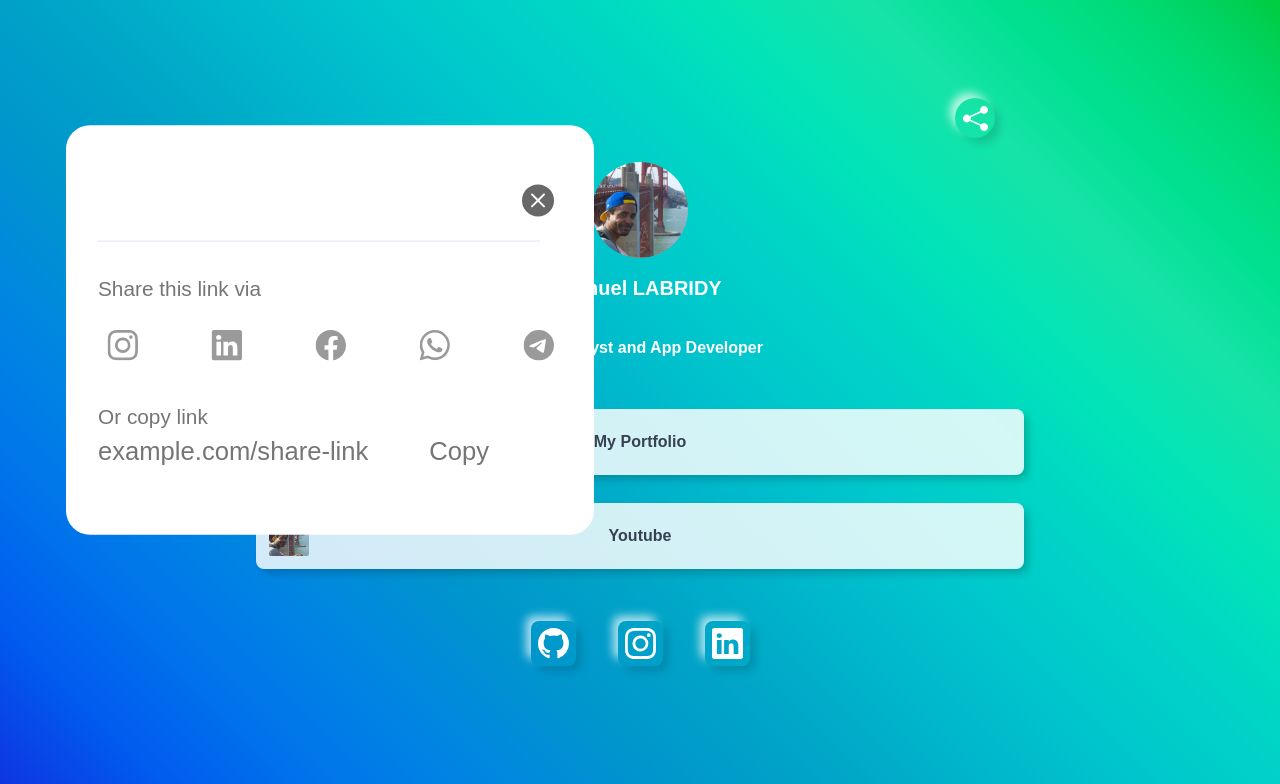
Repository: MateLaDBrouille97/linktree
Page: /
These files come from the project's save history. The page is drawn as it stood at one moment and after the next save; the edit follows.
The browser window is 1280 px wide. The pictures show the whole page.
The project was rebuilt for these pictures with package versions that can differ from the ones it lists, and the page was loaded fresh each time. The framework's server and built-in components were replaced by stand-ins that run in the browser. Also part of the build but not shown: next.config.js, styles/Home.module.css, styles/scrollup.css.

Above is the page before, as saved 2023-01-24 00:52:05.

### app/layout.tsx
"use client";

import '@/styles/globals.css'
import '../styles/Home.module.css';
import '../styles/scrollup.css';
import '../styles/home.css';
import '../styles/socials.css';
import '../styles/share.css';
import ScrollDow from '../components/ScrollDow';
import ScrollUp from '../components/scrollup/ScrollUp'

export default function RootLayout({
    children,
  }: {
    children: React.ReactNode;
  }) {
    return (
      <html lang="en">
        <body>{children}</body>
        {/* <ScrollDow/> */}
        {/* <ScrollUp/> */}
      </html>
    );
  }

### app/page.tsx
"use client";

import Image from "next/image";
import data from "data.json";
import image from "../public/ManuelTL2.jpg";
import image1 from "../public/ManuelTL2.jpg";
import { useEffect, useState } from "react";
import Socials from "../components/Socials";
import Share from "@/components/Share";

function LinkCard({
  href,
  title,
  image,
}: {
  href: string;
  title: string;
  image?: string;
}) {
  return (
    <a
      href={href}
      className="flex items-center p-3 w-full rounded-lg hover:scale-105 transition-all bg-gray-100 mb-3 -mt-2 max-w-3xl home__linkcard-box"
    >
      <div className="flex text-center w-full home__linkcard-card">
        <div className="w-10 h-10 home__linkcard-img">
          {image1 && (
            <Image
              className="rounded-sm"
              alt={data.name}
              src={image1}
              width={40}
              height={40}
            />
          )}
        </div>
        <h2 className="flex justify-center items-center font-semibold w-full text-gray-700 -ml-10 home__linkcard-title">
          {title}
        </h2>
      </div>
    </a>
  );
}

export default function Home() {
  /*==================== Toggle Menu ====================== */
  const [toggle, showMenu] = useState(false);
  const [activeNav, setActiveNav] = useState("#home");

  /* +++++++++++++++++++++++++++++++++++++++++++++++++ */
  // const { dbUser, image } = useUserContext();

  // const breakpoints = (width) => {
  //   if (width < 640) {
  //     return "xs";
  //   } else if (width >= 640 && width < 768) {
  //     return "sm";
  //   } else if (width >= 768 && width < 1024) {
  //     return "md";
  //   } else if (width >= 1024) {
  //     return "lg";
  //   }
  // };

  // const [breakpoint, setBreakpoint] = useState(() =>
  //   breakpoints(typeof window !== "undefined" && window.innerWidth)
  // );

  useEffect(() => {
    if (toggle) {
      // const calcInnerWidth = function () {
      //   setBreakpoint(breakpoints(window.innerWidth));
      // };
      // window.addEventListener("resize", calcInnerWidth);
      window.addEventListener("scroll", function () {
        const header = this.document.querySelector(".header");
        //scroll higher than 200 viewport height
        //add scroll header class to a tag with the scroll-top
        if (this.scrollY >= 80) header?.classList.add("scroll-header");
        else header?.classList.remove("scroll-header");
      });
    }
  }, []);

  useEffect(() => {
    showMenu(true);
  }, []);

  return (
    <div className="flex items-center flex-col mx-auto w-full justify-center mt-16 px-8 ">
      <Share/>
      <a
        href="#home"
        onClick={() => setActiveNav("#home")}
        // className={
        //   activeNav === "#home" ? "nav__logo active-link" : "nav__logo"
        // }
      >
        <Image
          className="rounded-full"
          alt={data.name}
          src={image}
          width={96}
          height={96}
        />
      </a>

      <h1 className="font-semibold mt-4 mb-8 text-xl" style={{color:"white"}}>{data.name}</h1>
      <h3 className="home__description" style={{color:"white"}}>{data.small_description}</h3>

      <div className="grid place-items-center w-full mt-2">
        {data.links.map((link) => (
          <LinkCard key={link.href} {...link} />
        ))}
      </div>

      <div className="gap-3 items-center flex mt-10">
        {data?.socials?.map((social) => {
         return(

          <Socials title={social?.title} key={social?.href} />
          )
        })}
      </div>
    </div>
  );
}

### styles/globals.css
@tailwind base;
@tailwind components;
@tailwind utilities;

body{
  height:100vh;
  background-image: linear-gradient(
  45deg,
  hsl(229deg 88% 47%) 0%,
  hsl(217deg 100% 47%) 8%,
  hsl(210deg 100% 46%) 16%,
  hsl(204deg 100% 44%) 24%,
  hsl(196deg 100% 40%) 32%,
  hsl(190deg 100% 39%) 41%,
  hsl(186deg 100% 40%) 49%,
  hsl(181deg 100% 40%) 57%,
  hsl(175deg 100% 42%) 65%,
  hsl(168deg 99% 45%) 72%,
  hsl(162deg 82% 49%) 80%,
  hsl(159deg 100% 44%) 86%,
  hsl(153deg 100% 43%) 92%,
  hsl(146deg 100% 41%) 97%,
  hsl(138deg 100% 40%) 100%
);
}

@import  url('https://api.iconify.design/material-symbols/arrow-upward.svg');

/*=============== GOOGLE FONTS ===============*/
@import url("https://fonts.googleapis.com/css2?family=Poppins:wght@400;500;600&display=swap");

/*=================== NEXT.JS ================*/

html,
body {
  padding: 0;
  margin: 0;
  font-family: -apple-system, BlinkMacSystemFont, Segoe UI, Roboto, Oxygen,
    Ubuntu, Cantarell, Fira Sans, Droid Sans, Helvetica Neue, sans-serif;
}

h1 {
  font-size: 1.75rem;
}




/*=============== VARIABLES CSS ===============*/
:root {
  --header-height: 3rem;

  /*========== Colors ==========*/
  /*Color mode HSL(hue, saturation, lightness)*/
  --hue: 0;
  --sat: 0%;
  --title-color: hsl(var(--hue), var(--sat), 20%);
  --title-color-dark: hsl(var(--hue), var(--sat), 0%);
  --text-color: hsl(var(--hue), var(--sat), 46%);
  --body-color: hsl(var(--hue), var(--sat), 98%);
  --container-color: #fff;

  /*========== Font and typography ==========*/
  --body-font: "Poppins", sans-serif;

  /*.5rem = 8px | 1rem = 16px ...*/
  --big-font-size: 3.5rem;
  --h1-font-size: 2.75rem;
  --h2-font-size: 1.5rem;
  --h3-font-size: 1.25rem;
  --normal-font-size: 1rem;
  --small-font-size: 0.875rem;
  --smaller-font-size: 0.813rem;
  --tiny-font-size: 0.625rem;

  /*========== Font weight ==========*/
  --font-normal: 400;
  --font-medium: 500;
  --font-semi-bold: 600;

  /*========== Margenes Bottom ==========*/
  /*.5rem = 8px | 1rem = 16px ...*/
  --mb-0-25: 0.25rem;
  --mb-0-5: 0.5rem;
  --mb-0-75: 0.75rem;
  --mb-1: 1rem;
  --mb-1-5: 1.5rem;
  --mb-2: 2rem;
  --mb-2-5: 2.5rem;
  --mb-3: 3rem;

  /*========== z index ==========*/
  --z-tooltip: 10;
  --z-fixed: 100;
  --z-modal: 1000;
}

/* Responsive typography */
@media screen and (max-width: 992px) {
  :root {
    --big-font-size: 2.75rem;
    --h1-font-size: 1.5rem;
    --h2-font-size: 1.25rem;
    --h3-font-size: 1rem;
    --normal-font-size: 0.938rem;
    --small-font-size: 0.813rem;
    --smaller-font-size: 0.75rem;
  }
}

/*=============== BASE ===============*/
* {
  margin: 0;
  padding: 0;
  box-sizing: border-box;
}

html {
  scroll-behavior: smooth;
}

body,
button,
input,
textarea {
  font-family: var(--body-font);
  font-size: var(--normal-font-size);
}

body {
  background-color: var(--body-color);
  color: var(--text-color);
}

h1,
h2,
h3 {
  color: var(--title-color);
  font-weight: var(--font-semi-bold);
}

ul {
  list-style: none;
}

a {
  text-decoration: none;
}

button {
  cursor: pointer;
  border: none;
  outline: none;
}

img {
  max-width: 100%;
  height: auto;
}

/*=============== REUSABLE CSS CLASSES ===============*/
.section {
  padding: 6rem 0 2rem;
}

.section__title {
  font-size: var(--h1-font-size);
  color: var(--title-color);
}

.section__subtitle {
  display: block;
  font-size: var(--normal-font-size);
  margin-bottom: 4rem;
}

.section__title,
.section__subtitle {
  text-align: center;
}

/*=============== LAYOUT ===============*/
.container {
  max-width: 968px;
  margin-left: auto;
  margin-right: auto;
}

.grid {
  display: grid;
  gap: 1.5rem;
}

/*=============== BUTTONS ===============*/
.button {
  display: inline-block;
  background-color:rgb(100, 189, 140);
  color: var(--container-color);
  padding: 1.25rem 2rem;
  border-radius: 1rem;
  font-weight: var(--font-medium);
}

.button:hover {
  background-color: rgb(81, 209, 138);
  color: var(--container-color);
}

.button__icon {
  margin-left: var(--mb-0-5);
}

.button--flex {
  display: inline-flex;
  align-items: center;

}




/*=============== BREAKPOINTS ===============*/
/* For large devices */
@media screen and (max-width: 992px) {
  .container {
    margin-left: var(--mb-1-5);
    margin-right: var(--mb-1-5);
  }

  .button {
    padding: 1rem 1.75rem;
  }

  .button__icon {
    width: 22px;
    height: 22px;
  }
}

/* For medium devices */
@media screen and (max-width: 768px) {
  body {
    margin: 0 0 var(--header-height) 0;
  }

  .section {
    padding: 2rem 0 4rem;
  }

  .section__subtitle {
    margin-bottom: var(--mb-3);
  }
}

@media screen and (max-width: 576px) {

}

/* For small devices */
@media screen and (max-width: 350px) {
  :root {
    --big-font-size: 2.25rem;
  }

  .container {
    margin-left: var(--mb-1);
    margin-right: var(--mb-1);
  }
}

### styles/home.css
.home__container{
    row-gap: 7rem;
}

.home__content{
    grid-template-columns: 116px repeat(2, 1fr);
    padding-top: 5.5rem;
    column-gap: 2rem;
    align-items: center;
}

.home__social{
    display:grid;
    grid-template-columns: max-content;
    row-gap: 1rem;
}

.home__social-icon{
    font-size:1.25rem;
    color: var(--title-color);
}

.home__social-icon:hover{
    color:rgb(165, 30, 75);
}



.home__social-icon:hover{
    color: var(--title-color-dark);
}

.home__title{
    font-size:var(--h1-font-size);
    margin-bottom:var(--mb-0-25);
}

.home__hand{
    width: 38px;
    height: 38px;
    margin-left: 0.4rem;
}

.home__subtitle{
    position: relative;
    font-size:var(--h3-font-size);
    padding-left: 5.4rem;
    font-weight: var(--font-normal);
    margin-bottom: var(--mb-1);
}

.home__subtitle::before{
    content:'';
    position:absolute;
    width: 70px;
    height:1px;
    background-color:var(--text-color);
    left:0;
    top:1rem;
}

.home__description{
    max-width:400px;
    margin-bottom: var(--mb-3);
    line-height: 1.7;
}

.home__linkcard-box{
    background-color: rgba(255, 255, 255, 0.829);
    border-color: whitesmoke;
    border-width: 3px;
    transition: transform 0.5s;
    box-shadow: 5px 5px 9px -1px rgba(0,0,0,0.2);

    border: 1px solid rgba(0,0,0,0);
    transition: transform 0.5s;
}

.home__linkcard-box:hover{
    box-shadow: 10px 10px 0px -1px rgba(0,0,0,0.15),
                1px 1px 0.5px  rgba(0,0,0,0.15),
                0px -12px 10px -10px  rgba(0,0,0,0.05);
     border: 1px solid   rgba(0,0,0,0.1);
    /* transform:translateY(-2px)  ;    */
}

.home__linkcard-box::after{
    transition: transform 0.5s;
}

.home__linkcard-box:hover::after .home__linkcard-title {
    transition: transform 0.7s;
}

.home__linkcard-box:hover::after .home__linkcard-img {
    transition: transform 0.7s;
}

.home__linkcard-box:hover .home__linkcard-title{
    transform:scale(1.05);
    transition: transform 0.5s;
}

.home__linkcard-box:hover .home__linkcard-img{
    transform:scale(1.15);
    transition: transform 0.5s;
}




.home__img{
/* background: url(../../assets/Mur.jpg); */
background-repeat: no-repeat;
background-position: center;
background-size: cover;
box-shadow: inset 0 0 0 9px rgb(255 255 255/30%);
order: 1;
justify-self: center;
width:375px ;
height: 350px;
animation: profile__animate 8s ease-in-out infinite 1s;
}

@keyframes profile__animate {
    0%{
        border-radius: 60% 40% 30% 70%/60% 30% 70% 40%;
    }

    50%{
        border-radius: 30% 60% 70% 40%/50% 60% 30% 60%;
    }

    100%{
        border-radius: 60% 40% 30% 70%/60% 30% 70% 40%;
    }
}

.home__scroll{
    position:fixed;
    left: 2.5rem;
    bottom: 3rem;
    /* opacity:0.8; */
    padding:0.3rem 0.5rem;
    border-radius:0.4rem;
    z-index: var(--z-tooltip);
    transition: .4s;
}


.wheel {
    animation: scroll 2s ease infinite;
}

@keyframes scroll{
    0% {
        transform: translateY(0);
    }
    30% {
        transform: translateY(3.7rem);
    }

}


.home__scroll-name{
    color: rgba(255, 255, 255, 0.829);
    font-weight: var(--font-medium);
    margin-right: var(--mb-0-25);
    margin-left: 2px;
}

.home__scroll-arrow{
    font-size: 1.25rem;
    color: rgba(255, 255, 255, 0.829);
}


/*=============== BREAKPOINTS ===============*/
/* For large devices */
@media screen and (max-width: 992px) {
    .home__content{
        grid-template-columns: 100px repeat(2, 1fr);
        column-gap: 1.25rem;

    }

    .home__hand{
        width:26px;
        height:26px;
    }

    .home__subtitle{
        padding-left: 3.75rem;
        margin-bottom: var(--mb-1);

    }

    .home__subtitle::before {
        width:42px;
        top:0.8rem;
    }

    .home__description{
        max-width: initial;
        margin-bottom: var(--mb-2-5);
    }

    .home__img{
        width:250px;
        height:250px;
        box-shadow:inset 0 0 0 8px rgb(255 255 255/30%)
    }

    .home__scroll{
        margin-left: 7.5rem;
    }



  }

  /* For medium devices */
  @media screen and (max-width: 768px) {
    .home__content{
        grid-template-columns: 0.5fr 3fr;
        padding-top: 3.5rem;
    }

    .home__img{
        order:initial;/* ordre d'apparition de l'element*/
        justify-self: initial;
        box-shadow: inset 0 0 0 9px rgb(255 255 255/30%);
        width:200px;
        height: 200px;
    }

    .home__data{
        grid-column:1/3;
    }

    .home__scroll{
        display:none;
    }


  }



  /* For small devices */
  @media screen and (max-width: 350px) {


    .home__img{

        width:180px ;
        height: 180px;
    }

    .home__hand{
        width:22px;
        height:22px;
    }


  }

### styles/socials.css
/* .social__link{
    color: var(--container-color);
    font-size: 1.125rem;
    padding: 0.4rem;
    border-radius:1.5rem;
    display: inline-flex;
} */
/*
.social__link:hover{
    background-color:rgba(44, 203, 224, 0.986);
} */

.social__link{
    display:flex;
    /* background-color: var(--container-color); */
    color: var(--container-color);
    height: 45px;
    width: 45px;
    margin: 0 15px;
    border-radius: 8px;
    align-items: center;
    justify-content:center;
    text-decoration: none;
    box-shadow: 6px 6px 10px -1px rgba(0,0,0,0.15),
                -6px -6px 10px -1px rgba(255,255,255,0.7);
    border: 1px solid   rgba(0,0,0,0);
    transition: transform 0.5s;
}

a svg {
    font-size: 38px;
    color: white;
    transition: transform 0.5s;
}


.social__link:hover{
    background-color: rgba(255, 255, 255, 0.829);
    box-shadow: inset 4px 4px 6px -1px rgba(0,0,0,0.2),
                inset -4px -4px 6px -1px rgba(255,255,255,0.7),
                -0.5px -0.5px 0px  rgba(255,255,255,1),
                0.5px 0.5px 0px  rgba(0,0,0,0.15),
                0px -12px 10px -10px  rgba(0,0,0,0.05);
    border: 1px solid   rgba(0,0,0,0.1);
    transform:translateY(2px)  ;
}


a:hover svg{
    transform: scale(1.10);
    fill: black;
    transition: transform 0.5s;
}

a:hover .bi-linkedin{
    fill:rgb(18, 83, 203) ;
    transform:scale(1.10);
    transition: transform 0.5s;
}

a:hover .bi-instagram{
    fill:#e64771;
    transform:scale(1.10);
    transition: transform 0.5s;
}


/*=============== BREAKPOINTS ===============*/
/* For large devices */
@media screen and (max-width: 992px) {


    .social__link:hover{

        box-shadow: inset 4px 4px 6px -1px rgba(0,0,0,0.2),
                    inset -4px -4px 6px -1px rgba(255,255,255,0.7),
                    -0.5px -0.5px 0px  rgba(255,255,255,1),
                    0.5px 0.5px 0px  rgba(0,0,0,0.15),
                    0px -12px 10px -10px  rgba(0,0,0,0.05);
        border: 1px solid   rgba(0,0,0,0.1);
        transform:translateY(2px)  ;
    }




  }

  /* For medium devices */
  @media screen and (max-width: 768px) {




  }



  /* For small devices */
  @media screen and (max-width: 350px) {





  }

### styles/share.css
/*          Share   Items  */

.share-link {
  display: flex;
  color: var(--container-color);
  height: 45px;
  width: 45px;
  margin: 0 15px;
  border-radius: 22px;
  align-items: center;
  justify-content: center;
  text-decoration: none;
  box-shadow: 6px 6px 10px -1px rgba(0, 0, 0, 0.15),
    -6px -6px 10px -1px rgba(255, 255, 255, 0.7);
  border: 1px solid rgba(0, 0, 0, 0);
  transition: transform 0.5s;
}

.share-link:hover {
  background-color: rgba(255, 255, 255, 0.829);
  box-shadow: inset 4px 4px 6px -1px rgba(0, 0, 0, 0.2),
    inset -4px -4px 6px -1px rgba(255, 255, 255, 0.7),
    -0.5px -0.5px 0px rgba(255, 255, 255, 1),
    0.5px 0.5px 0px rgba(0, 0, 0, 0.15),
    0px -12px 10px -10px rgba(0, 0, 0, 0.05);
  border: 1px solid rgba(0, 0, 0, 0.1);
  transform: translateY(2px);
}

/* .share-link .bi-share-fill{
    fill: white;
} */

.share-link:hover .bi-share-fill {
  fill: black;
  transform: scale(1.1);
  transition: transform 0.5s;
}

header {
  width: 95%;
  max-width: 788px;
  display: flex;
  justify-content: flex-end;
  padding: 12px;
  margin-top: 5px;
}

.share-button {
  width: 40px;
  height: 40px;
  border-radius: 20px;
  color: var(--container-color);
}

.share {
  width: 95%;
  max-width: 788px;
  display: flex;
  justify-content: flex-end;
  padding: 12px;
  margin-top: 5px;
  z-index: 10;
}

.modal-share {
  position: absolute;
  top: 330px;
  left: 330px;
  transform: translate(-50%, -50%) scale(1.6);
  background: var(--container-color);
  padding: 20px;
  border-radius: 15px;
  max-width: 330px;
  width: 60%;
}

.modal-share :is(header) {
  display: flex;
  align-items: center;

}

.modal-share :is( .icons) {
    display: flex;
    align-items: center;
    justify-content: space-between;
  }


.modal-share header {
  padding-bottom: 15px;
  border-bottom: 1px solid #ebedf9;
}

header .close .icons a {
  display: flex;
  align-items: center;
  justify-content: center;
  border-radius: 50%;
}

header .close {
  height: 33px;
  width: 33px;
  background: var(--container-color);
  cursor: pointer;
}

/* .modal-title {
  font-size: 19px;
  font-weight: 500;
} */

.modal-share .content {
  margin: 20px 0;
}

.content p {
  font-size: 13px;
}

.content .icons {
  margin: 10px 0 20px 0;
}

.close{
    display: flex;
    justify-content: flex-end;
}

.close .bi-x{
  border-radius: 15px;
  background-color:#696868;
  margin-right: -21px;

}

.icons a {
  height: 30px;
  width: 30px;
  border: 0.5px solid transparent;
  text-decoration: none;
  display: flex;
  justify-content: center;
  align-items: center;
}

.icons svg {
    fill: #40404086
}

### components/Socials.tsx
function GitHubIcon() {
  return (
    <a href="https://github.com/LuckyMate97" className="social__link">
      <svg xmlns="http://www.w3.org/2000/svg" width="31" height="31" fill="white" className="bi bi-github" viewBox="0 0 16 16"> <path d="M8 0C3.58 0 0 3.58 0 8c0 3.54 2.29 6.53 5.47 7.59.4.07.55-.17.55-.38 0-.19-.01-.82-.01-1.49-2.01.37-2.53-.49-2.69-.94-.09-.23-.48-.94-.82-1.13-.28-.15-.68-.52-.01-.53.63-.01 1.08.58 1.23.82.72 1.21 1.87.87 2.33.66.07-.52.28-.87.51-1.07-1.78-.2-3.64-.89-3.64-3.95 0-.87.31-1.59.82-2.15-.08-.2-.36-1.02.08-2.12 0 0 .67-.21 2.2.82.64-.18 1.32-.27 2-.27.68 0 1.36.09 2 .27 1.53-1.04 2.2-.82 2.2-.82.44 1.1.16 1.92.08 2.12.51.56.82 1.27.82 2.15 0 3.07-1.87 3.75-3.65 3.95.29.25.54.73.54 1.48 0 1.07-.01 1.93-.01 2.2 0 .21.15.46.55.38A8.012 8.012 0 0 0 16 8c0-4.42-3.58-8-8-8z"/> </svg>
    </a>
  );
}

function InstagramIcon() {
  return (
    <a href="https://www.instagram.com/oto.mata33/" className="social__link">
      <svg xmlns="http://www.w3.org/2000/svg" width="31" height="31" fill="white" className="bi bi-instagram" viewBox="0 0 16 16"> <path d="M8 0C5.829 0 5.556.01 4.703.048 3.85.088 3.269.222 2.76.42a3.917 3.917 0 0 0-1.417.923A3.927 3.927 0 0 0 .42 2.76C.222 3.268.087 3.85.048 4.7.01 5.555 0 5.827 0 8.001c0 2.172.01 2.444.048 3.297.04.852.174 1.433.372 1.942.205.526.478.972.923 1.417.444.445.89.719 1.416.923.51.198 1.09.333 1.942.372C5.555 15.99 5.827 16 8 16s2.444-.01 3.298-.048c.851-.04 1.434-.174 1.943-.372a3.916 3.916 0 0 0 1.416-.923c.445-.445.718-.891.923-1.417.197-.509.332-1.09.372-1.942C15.99 10.445 16 10.173 16 8s-.01-2.445-.048-3.299c-.04-.851-.175-1.433-.372-1.941a3.926 3.926 0 0 0-.923-1.417A3.911 3.911 0 0 0 13.24.42c-.51-.198-1.092-.333-1.943-.372C10.443.01 10.172 0 7.998 0h.003zm-.717 1.442h.718c2.136 0 2.389.007 3.232.046.78.035 1.204.166 1.486.275.373.145.64.319.92.599.28.28.453.546.598.92.11.281.24.705.275 1.485.039.843.047 1.096.047 3.231s-.008 2.389-.047 3.232c-.035.78-.166 1.203-.275 1.485a2.47 2.47 0 0 1-.599.919c-.28.28-.546.453-.92.598-.28.11-.704.24-1.485.276-.843.038-1.096.047-3.232.047s-2.39-.009-3.233-.047c-.78-.036-1.203-.166-1.485-.276a2.478 2.478 0 0 1-.92-.598 2.48 2.48 0 0 1-.6-.92c-.109-.281-.24-.705-.275-1.485-.038-.843-.046-1.096-.046-3.233 0-2.136.008-2.388.046-3.231.036-.78.166-1.204.276-1.486.145-.373.319-.64.599-.92.28-.28.546-.453.92-.598.282-.11.705-.24 1.485-.276.738-.034 1.024-.044 2.515-.045v.002zm4.988 1.328a.96.96 0 1 0 0 1.92.96.96 0 0 0 0-1.92zm-4.27 1.122a4.109 4.109 0 1 0 0 8.217 4.109 4.109 0 0 0 0-8.217zm0 1.441a2.667 2.667 0 1 1 0 5.334 2.667 2.667 0 0 1 0-5.334z"/> </svg>
    </a>
  );
}

function LinkedInIcon() {
  return (
    <a href="https://ca.linkedin.com/" className="social__link">
      <svg xmlns="http://www.w3.org/2000/svg" width="31" height="31" fill="white" className="bi bi-linkedin" viewBox="0 0 16 16"> <path d="M0 1.146C0 .513.526 0 1.175 0h13.65C15.474 0 16 .513 16 1.146v13.708c0 .633-.526 1.146-1.175 1.146H1.175C.526 16 0 15.487 0 14.854V1.146zm4.943 12.248V6.169H2.542v7.225h2.401zm-1.2-8.212c.837 0 1.358-.554 1.358-1.248-.015-.709-.52-1.248-1.342-1.248-.822 0-1.359.54-1.359 1.248 0 .694.521 1.248 1.327 1.248h.016zm4.908 8.212V9.359c0-.216.016-.432.08-.586.173-.431.568-.878 1.232-.878.869 0 1.216.662 1.216 1.634v3.865h2.401V9.25c0-2.22-1.184-3.252-2.764-3.252-1.274 0-1.845.7-2.165 1.193v.025h-.016a5.54 5.54 0 0 1 .016-.025V6.169h-2.4c.03.678 0 7.225 0 7.225h2.4z"/> </svg>
    </a>
  );
}

function Socials({ title }:{title?:string;}) {
  if (title == "Instagram") {
    return <InstagramIcon  />;
  }
  if (title == "Github") {
    return <GitHubIcon  />;
  }
  if (title == "LinkedIn") {
    return <LinkedInIcon  />;
  }
}

export default Socials;

Loaded but not shown: data.json (35 lines, source omitted); tailwind.config.js (13 lines, source omitted); components/Share.tsx (115 lines, source omitted)

After the next save:
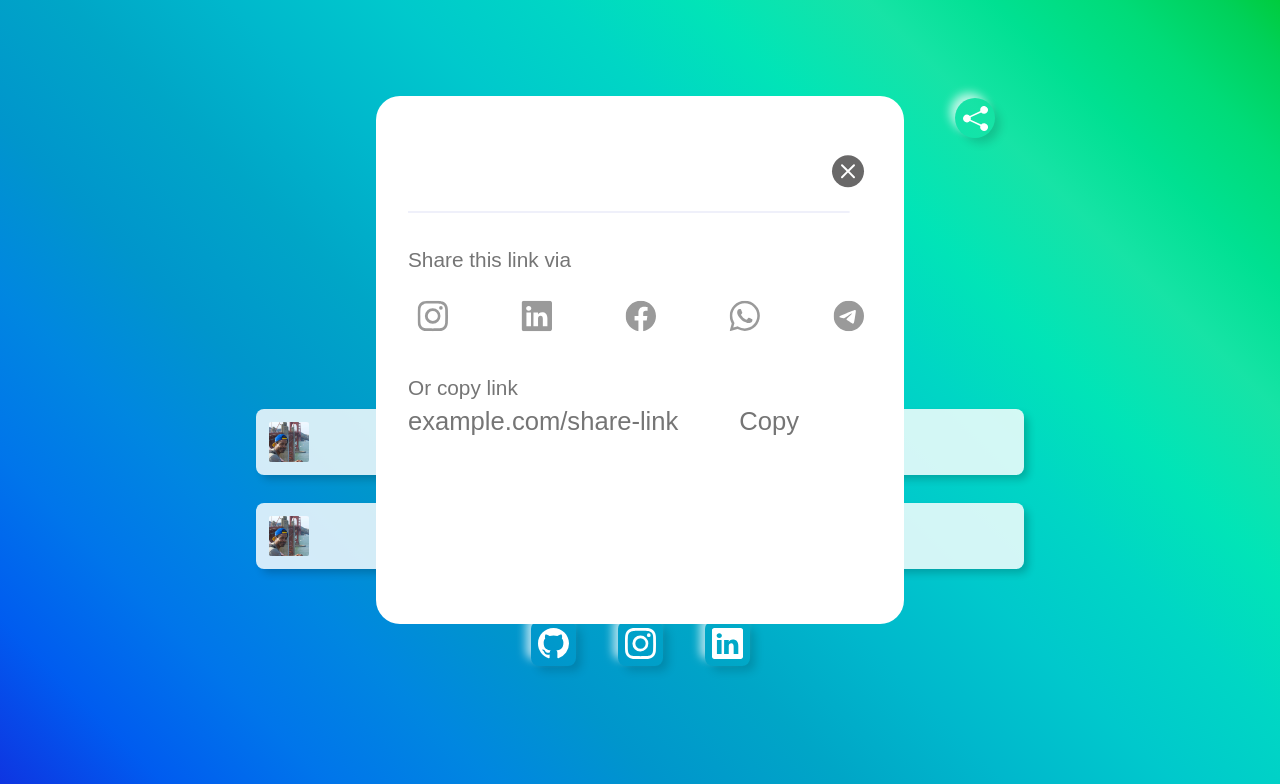
Saved 57 s later.
--- a/styles/share.css
+++ b/styles/share.css
@@ -65,8 +65,10 @@ header {
 
 .modal-share {
   position: absolute;
-  top: 330px;
-  left: 330px;
+  height: 330px;
+  width: 330px;
+  top: 50%;
+  left: 50%;
   transform: translate(-50%, -50%) scale(1.6);
   background: var(--container-color);
   padding: 20px;
